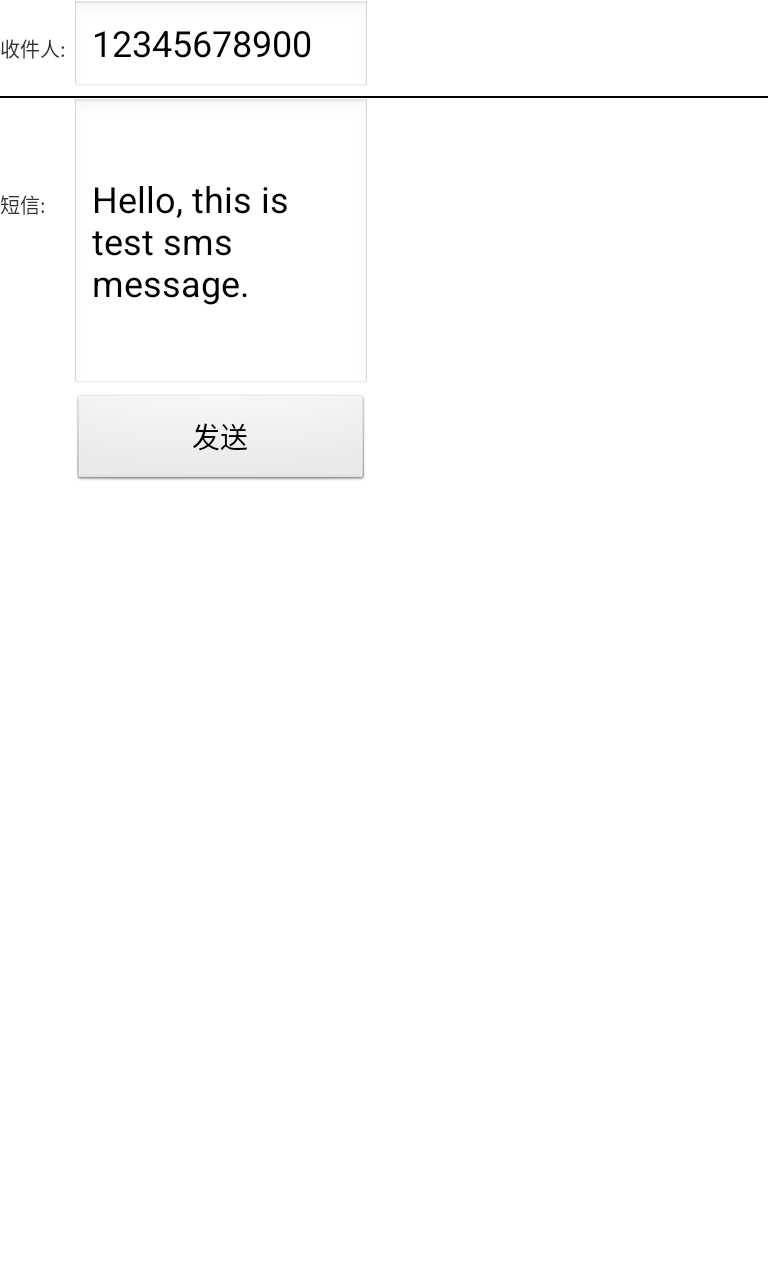
Repository: yorkLiu/android
Layout: IntentDemo/res/layout/sms_main.xml
The author's editor kept a copy of each file at every save. The layout is drawn from the files as they stood at one save, then again after the next save.
It is drawn on a 768 x 1280 px phone screen (xhdpi) without system bars, with theme AppTheme; the app's code is not run.

Above is the layout before, as saved 2014-09-20 13:11:00.

After the next save:
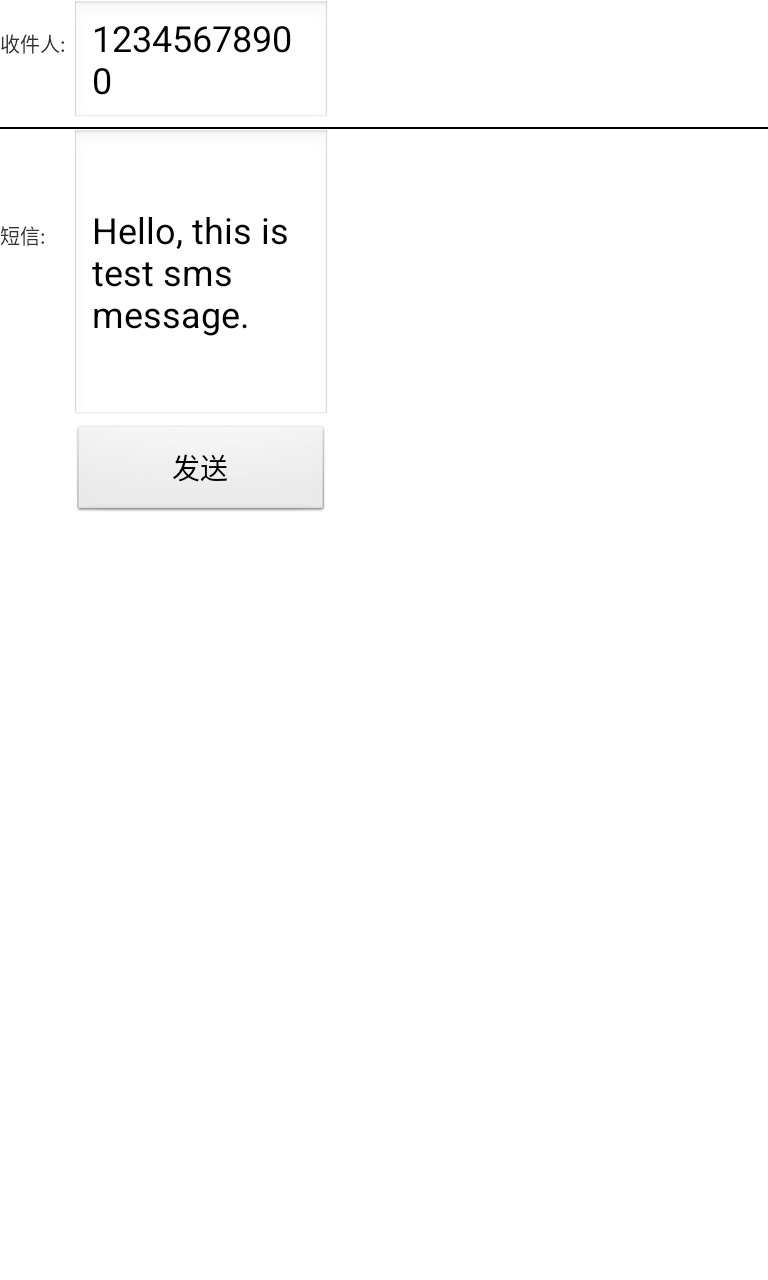
Saved 33 s later.
--- a/IntentDemo/res/layout/sms_main.xml
+++ b/IntentDemo/res/layout/sms_main.xml
@@ -12,7 +12,7 @@
             />
         <EditText
             android:id="@+id/receiver"
-            android:layout_width="300px"
+            android:layout_width="260px"
             android:layout_height="wrap_content"
             android:numeric="integer"
             android:text="12345678900"
@@ -34,7 +34,7 @@
 
         <EditText
             android:id="@+id/messageInfo"
-            android:layout_width="300px"
+            android:layout_width="260px"
             android:layout_height="wrap_content"
             android:lines="6"
             android:layout_gravity="top"
